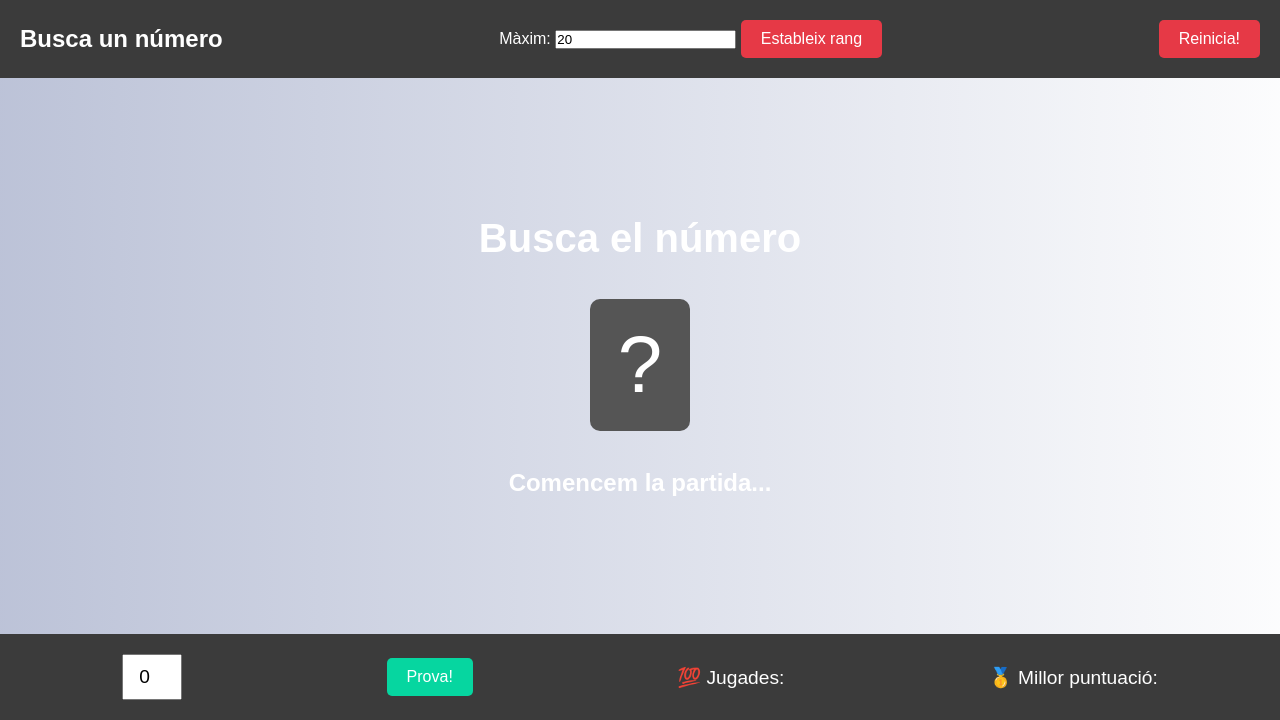
Repository: rdalmau23/M06_01
Page: index.html
The author's editor kept a copy of each file at every save. The page is drawn from the files as they stood at one save, then again after the next save.
The browser window is 1280 px wide. The pictures show the whole page.

Above is the page before, as saved 2024-10-11 12:39:03.

### index.html
<!DOCTYPE html>
<html lang="en">
<head>
    <meta charset="UTF-8">
    <meta name="viewport" content="width=device-width, initial-scale=1.0">
    <title>Endivina el número</title>
    <link rel="stylesheet" href="style.css">
    <script src="script.js" defer></script>
</head>
<body>
    <header>
        <h2>Busca un número</h2>
        <div>
        <label for="max">Màxim:</label>
        <input type="number" id="max" value="20">
        <button onclick="setRange()">Estableix rang</button>
    </div>
        <button onclick="resetGame()" id="reset">Reinicia!</button>
    </header>
    <main id="main">
        <h1>Busca el número</h1> <br>
        <div id="display-num">?</div> <br>
        <h3 id="display-result">Comencem la partida...</h3>
    </main>
    <footer>
        <input type="number" value="0" id="num">
        <button onclick="playGame()" id="play">Prova!</button>
        <div id="display-jugades">💯 Jugades: </div>
        <div id="display-puntuacio">🥇 Millor puntuació: </div>
    </footer>
</body>
</html>

### style.css
* {
    margin: 0;
    padding: 0;
    box-sizing: border-box;
  }

  body {
    font-family: Arial, sans-serif;
    height: 100vh;
    display: flex;
    flex-direction: column;
    justify-content: space-between;
    background: linear-gradient(270deg, #ffffff, #001969);
    background-size: 400% 400%;
    animation: gradient-animation 12s ease infinite;
    position: relative;
  }

  @keyframes gradient-animation {
    0% {
      background-position: 0% 50%;
    }
    50% {
      background-position: 100% 50%;
    }
    100% {
      background-position: 0% 50%;
    }
  }

  header {
    background-color: #3b3b3b;
    color: white;
    padding: 20px;
    text-align: center;
    display: flex;
    justify-content: space-between;
    align-items: center;
  }

  header h2 {
    margin: 0;
  }

  header button {
    background-color: #e63946;
    border: none;
    color: white;
    padding: 10px 20px;
    cursor: pointer;
    border-radius: 5px;
    font-size: 16px;
    transition: background-color 0.3s ease;
  }

  header button:hover {
    background-color: #d62839;
  }

  main {
    flex-grow: 1;
    display: flex;
    flex-direction: column;
    justify-content: center;
    align-items: center;
  }

  main h1 {
    font-size: 2.5rem;
    color: white;
  }

  #display-num {
    font-size: 5rem;
    background-color: #555555;
    color: white;
    padding: 20px;
    width: 100px;
    text-align: center;
    border-radius: 10px;
    margin: 20px 0;
  }

  main h3 {
    font-size: 1.5rem;
    color: white;
  }

  footer {
    background-color: #3b3b3b;
    padding: 20px;
    display: flex;
    justify-content: space-around;
    align-items: center;
  }

  footer input[type="number"] {
    width: 60px;
    padding: 10px;
    font-size: 1.2rem;
    text-align: center;
  }

  footer button {
    background-color: #06d6a0;
    border: none;
    color: white;
    padding: 10px 20px;
    cursor: pointer;
    border-radius: 5px;
    font-size: 16px;
    transition: background-color 0.3s ease;
  }

  footer button:hover {
    background-color: #04b383;
  }

  footer div {
    font-size: 1.2rem;
    color: #ffffff;
  }

  /* Ajustes Responsive */
  @media (max-width: 600px) {
    header, footer {
      flex-direction: column;
      gap: 10px;
    }

    #display-num {
      font-size: 4rem;
      width: 80px;
    }

    footer button {
      font-size: 14px;
    }
  }

### script.js
let numero1 = Math.floor(Math.random() * 20 + 1); // Genera un número aleatori entre 1 i 20
let userInput = 0; // Inicialitza la variable d'entrada de l'usuari
let intents = 0; // Inicialitza el comptador d'intents
let millorPunt = Infinity; // Inicialitza la millor puntuació amb un valor molt alt
let sortida = ""; // Inicialitza el missatge de sortida

function playGame() {
    userInput = parseInt(document.getElementById("num").value); // Converteix l'entrada de l'usuari a un número enter

    if (userInput !== numero1) {
        intents++; // Incrementa el comptador d'intents
        if (userInput < numero1) {
            sortida = `El ${userInput} és massa petit, torna a provar.`; // Missatge si és massa petit
            document.getElementById("main").style.backgroundColor = "red"; // Canvia el fons a vermell
        } else {
            sortida = `El ${userInput} és massa gran, torna a provar.`; // Missatge si és massa gran
            document.getElementById("main").style.backgroundColor = "red"; // Canvia el fons a vermell
        }
    } else {
        intents++; // Incrementa el comptador d'intents per l'última jugada
        sortida = `Has endivinat el número ${numero1}!`; // Missatge d'encert
        document.getElementById("display-num").innerHTML = numero1; // Mostra el número correcte
        document.getElementById("main").style.backgroundColor = "green"; // Canvia el fons a verd

        // Comprovar si la puntuació actual és la millor
        if (intents < millorPunt) {
            millorPunt = intents; // Actualitza la millor puntuació
            document.getElementById("display-puntuacio").innerHTML = `🥇 Millor puntuació: ${millorPunt}`; // Mostra la millor puntuació
        }
    }

    // Actualitza els elements de la pantalla amb les jugades i el resultat
    document.getElementById("display-jugades").innerHTML = `💯 Jugades: ${intents}`;
    document.getElementById("display-result").innerHTML = `${sortida}`;
    document.getElementById("num").select(); // Selecciona el camp d'entrada per facilitar la nova jugada
}

function resetGame() {
    numero1 = Math.floor(Math.random() * 20 + 1); // Genera un nou número aleatori
    document.getElementById("display-num").innerHTML = "?"; // Reinicia la visualització del número
    document.getElementById("display-result").innerHTML = "Comencem la partida..."; // Mostra un missatge inicial
    intents = 0; // Reseteja el comptador d'intents
    document.getElementById("display-puntuacio").innerHTML = ""; // Neteja la millor puntuació
    document.getElementById("main").style.backgroundColor = ""; // Neteja el fons a l'estil original
}

After the next save:
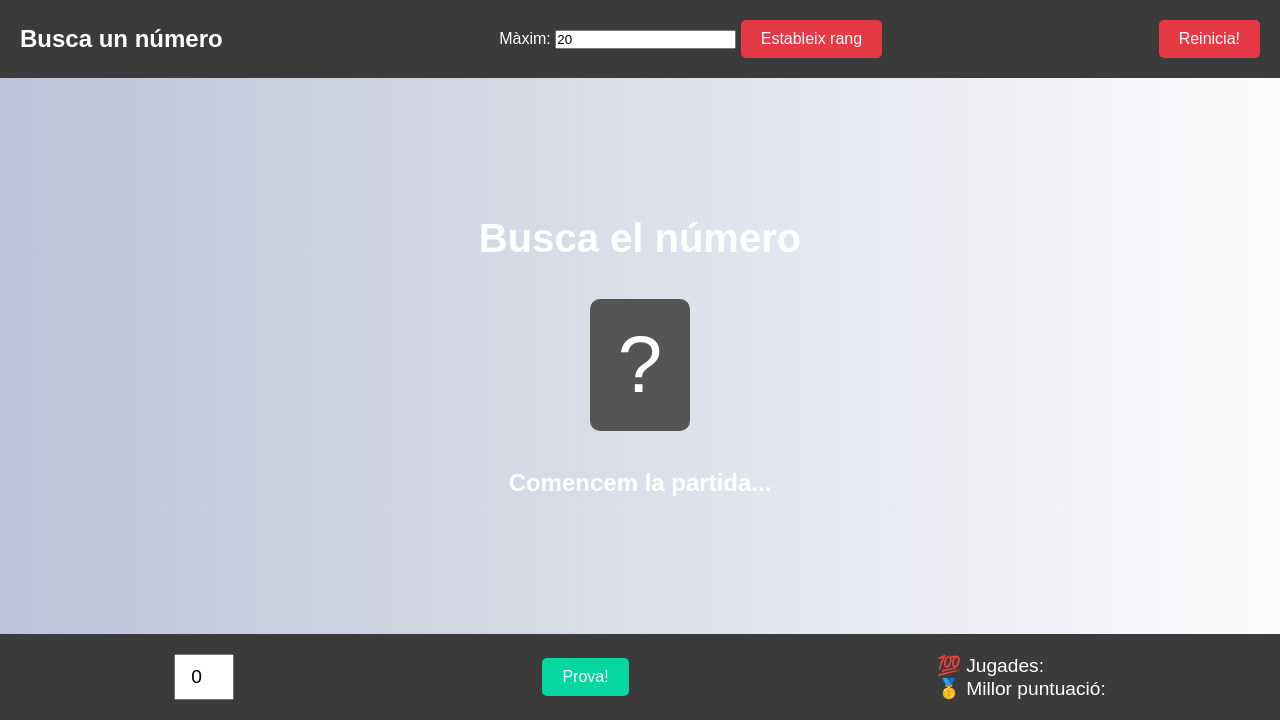
Saved 17 s later.
--- a/index.html
+++ b/index.html
@@ -25,8 +25,10 @@
     <footer>
         <input type="number" value="0" id="num">
         <button onclick="playGame()" id="play">Prova!</button>
-        <div id="display-jugades">💯 Jugades: </div>
+        <div>
+            <div id="display-jugades">💯 Jugades: </div>
         <div id="display-puntuacio">🥇 Millor puntuació: </div>
+        </div>
     </footer>
 </body>
 </html>
